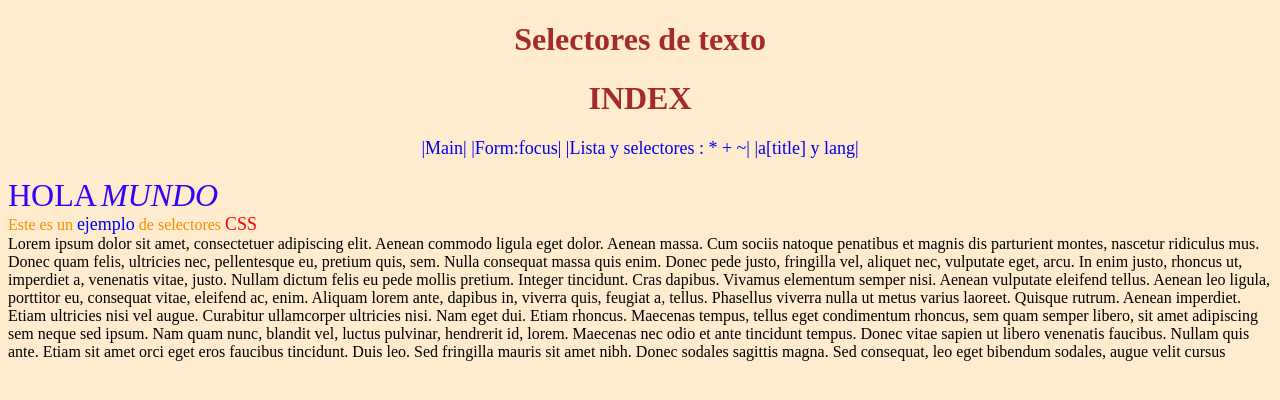
Repository: cesarsant0203/My_Study
Page: Introducción al desarrollo web/2-Css/2.4-selectores_css.html
The author's editor kept a copy of each file at every save. The page is drawn from the files as they stood at one save, then again after the next save.
The browser window is 1280 px wide. The pictures show the whole page.

Above is the page before, as saved 2020-04-28 17:40:55.

### Introducción al desarrollo web/2-Css/2.4-selectores_css.html
<!DOCTYPE html>
<html lang="es">

<head>
    <meta charset="utf-8" />
    <title> Selectores CSS </title>
    <link href="2.4-selectores_css.css" rel="stylesheet" />
</head>

<body>
    <h1 id="titulo">Selectores de texto</h1>
    <h1>INDEX</h1>
    <section id="mySection" class="box">
        <nav>
            <a href="2.4-selectores_css.html">|Main|</a>
            <a href="2.4.2-selectores_css.html">|Form:focus|</a>
            <a href="2.4.3-selectores_css.html">|Lista y selectores : * + ~|</a>
            <a href="2.4.4-selectores_css.html">|a[title] y lang|</a>
        </nav>
    </section>
    <br/>
    <div id="holaMundo" class="box">
        <span>HOLA</span>
        <span id="mundo">MUNDO</span>
    </div>
    <span id="mySpan">Este es un <a href="#" class="bold">ejemplo</a> de selectores</span>
    <span class="bold red">CSS</span><br/>Lorem ipsum dolor sit amet, consectetuer adipiscing elit. Aenean commodo ligula
    eget dolor. Aenean massa. Cum sociis natoque penatibus et magnis dis parturient montes, nascetur ridiculus mus.
    Donec quam felis, ultricies nec, pellentesque eu, pretium quis, sem. Nulla consequat massa quis enim. Donec pede
    justo, fringilla vel, aliquet nec, vulputate eget, arcu. In enim justo, rhoncus ut, imperdiet a, venenatis vitae,
    justo. Nullam dictum felis eu pede mollis pretium. Integer tincidunt. Cras dapibus. Vivamus elementum semper nisi.
    Aenean vulputate eleifend tellus. Aenean leo ligula, porttitor eu, consequat vitae, eleifend ac, enim. Aliquam lorem
    ante, dapibus in, viverra quis, feugiat a, tellus. Phasellus viverra nulla ut metus varius laoreet. Quisque rutrum.
    Aenean imperdiet. Etiam ultricies nisi vel augue. Curabitur ullamcorper ultricies nisi. Nam eget dui. Etiam rhoncus.
    Maecenas tempus, tellus eget condimentum rhoncus, sem quam semper libero, sit amet adipiscing sem neque sed ipsum.
    Nam quam nunc, blandit vel, luctus pulvinar, hendrerit id, lorem. Maecenas nec odio et ante tincidunt tempus. Donec
    vitae sapien ut libero venenatis faucibus. Nullam quis ante. Etiam sit amet orci eget eros faucibus tincidunt. Duis
    leo. Sed fringilla mauris sit amet nibh. Donec sodales sagittis magna. Sed consequat, leo eget bibendum sodales,
    augue velit cursus
</body>

</html>

### Introducción al desarrollo web/2-Css/2.4-selectores_css.css
/*tipo*/
*{
    background-color: blanchedalmond;
}
h1 {
    color: brown;
}

/*-----------------------*/

/*.clase*/
.box {
    background-color: none;
    color: aqua;
}

.bold {
    font-size: large;
}

.red {
    color: red;
}

/*-----------------------*/

/*#identificador*/
#holaMundo {
    color: rgb(49, 3, 255);
}

span#mySpan {
    color: darkorange;
}

/*-----------------------*/
div span {
    font-size: xx-large;
}

/*-----------------------*/

/* selector universal (*)*/
* {
    margin: 0, 2cm;
    padding: 0%;
}

/*-----------------------*/

/*dos puntos:*/
a:link {
    text-decoration: none;
}

a:visited {
    text-decoration: none;
}

a:hover {
    text-decoration: none;
    color: deeppink;
}

a:active {
    text-decoration: none;
    color: deeppink;
}
/*-----------------------*/
h1, section {
    text-align: center;
}
section{
    font-size: large;
}
span#mundo {
    font-style: italic;
}

After the next save:
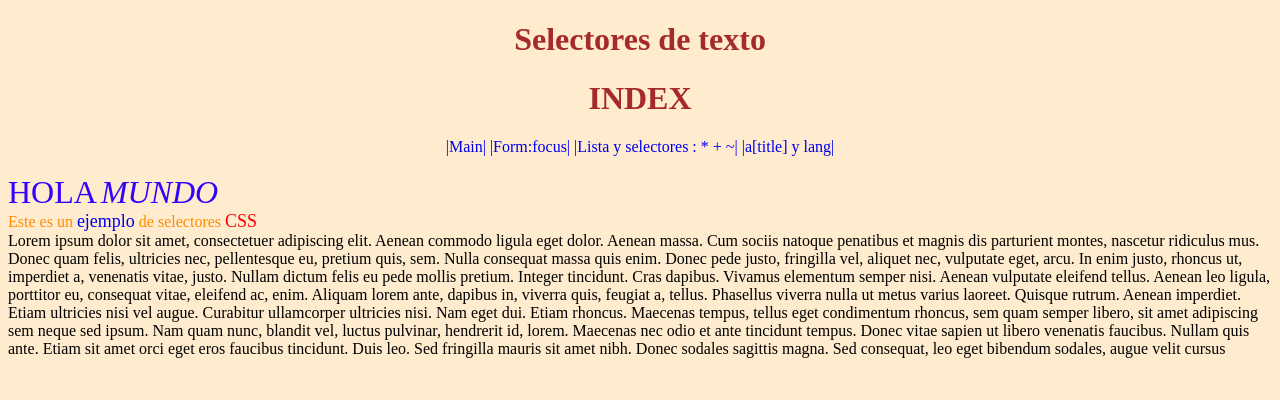
Saved 73 s later.
--- a/Introducción al desarrollo web/2-Css/2.4-selectores_css.css
+++ b/Introducción al desarrollo web/2-Css/2.4-selectores_css.css
@@ -70,7 +70,7 @@ a:active {
 h1, section {
     text-align: center;
 }
-section{
+section#my{
     font-size: large;
 }
 span#mundo {

After the save that followed:
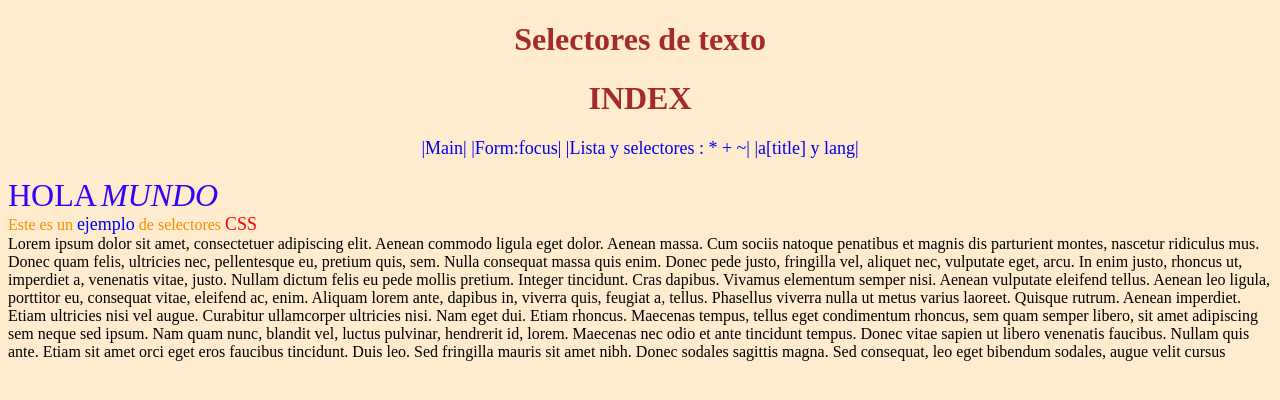
Saved 4 s later.
--- a/Introducción al desarrollo web/2-Css/2.4-selectores_css.css
+++ b/Introducción al desarrollo web/2-Css/2.4-selectores_css.css
@@ -70,7 +70,7 @@ a:active {
 h1, section {
     text-align: center;
 }
-section#my{
+section#mySection{
     font-size: large;
 }
 span#mundo {
